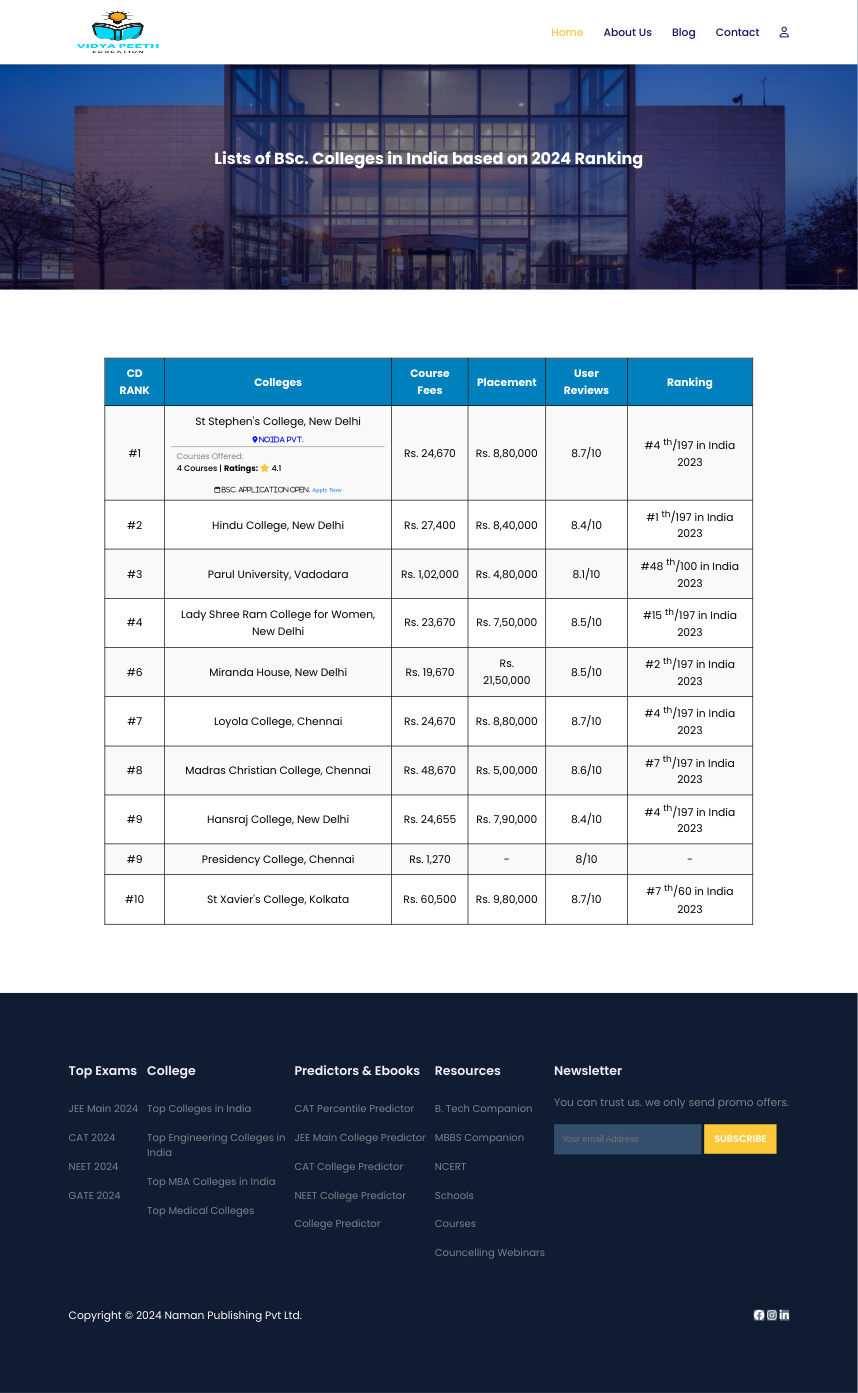
Repository: NamanSahu09/VidyaPreet-Ed-Tech-Website
Page: bsc.html
These files come from the project's save history. The page is drawn as it stood at one moment and after the next save; the edit follows.
The browser window is 1280 px wide. The pictures show the whole page, at 67% of full size.
Some web libraries are served in a nearby version.

Above is the page before, as saved 2024-04-12 13:02:06.

### bsc.html
<!DOCTYPE html>
<html lang="en">
<head>
	<meta charset="UTF-8">
	<meta name="viewport" content="width=device-width, initial-scale=1.0">
	<title>Top BSc Colleges in India</title>

	<!-- font Awesome CDN link -->
	<link rel="stylesheet" href="https://cdnjs.cloudflare.com/ajax/libs/font-awesome/6.1.1/css/all.min.css" />

	<!-- External CSS -->
	<!-- <link rel="stylesheet" href="style.css"> -->
	<!-- <link rel="stylesheet" href="about.css"> -->
	<link rel="stylesheet" href="bsc.css">



	<!-- JQuery CDN link -->
	<script src="https://code.jquery.com/jquery-3.6.0.min.js" integrity="sha256-/xUj+3OJU5yExlq6GSYGSHk7tPXikynS7ogEvDej/m4=" crossorigin="anonymous"></script>
</head>
<body>
	<!-- Navigation start -->
	<nav>
		<img src="img/Vidya peeth.png" class="logo" alt="" height="70px"  width="250px"/>

		<div class="navigation">
			<ul>
				<i id="menu-close" class="fas fa-times"></i>
				<li><a href="index.html" class="active">Home</a></li>
				<li><a href="about.html">About Us</a></li>
				<li><a href="blog.html">Blog</a></li>
				<!-- <li><a href="courses.html">Courses</a></li> -->
				<li><a href="contact.html">Contact</a></li>
				<li><a href="#">
					<i class="far fa-user"></i>
					</a>
				</li>


			</ul>

			<img src="img/menu.png" id="menu-btn" alt="">
		</div>
	</nav>
	<!-- Navigation ends -->



  <!-- login sign-up-form -->

  <div class="form">
    <!-- login -->
    <div class="login-form">

      <!-- cancel-btn -->

      <a href="#" class="form-cancel">
        <i class="fas fa-times"></i>
      </a>


      <strong>Log In</strong>
      <!-- inputs -->
      <form >
        <input type="email" placeholder="Example@gmail.com" name="email" required>
        <input type="password" placeholder="Password" name="password" required>
        <!-- submit-btn -->
        <input type="submit" value="Log In">
      </form>

      <!-- Forget-and-signup -->
      <div class="form-btns">
          <a href="#" class="forget">Forget Your Password?</a>
          <a href="#" class="sign-up-btn">Create Account</a>
    </div>

    </div>




     <!-- Sign Up -->
     <div class="sign-up-form">

      <!-- cancel-btn -->

      <a href="#" class="form-cancel">
        <i class="fas fa-times"></i>
      </a>


      <strong>Sign In</strong>
      <!-- inputs -->
      <form >
        <input type="text" placeholder="Full Name" name="fullname" required>
        <input type="email" placeholder="Example@gmail.com" name="email" required>
        <input type="password" placeholder="Password" name="password" required>
        <!-- submit-btn -->
        <input type="submit" value="Sign Up">
      </form>

      <!-- Forget-and-signup -->
      <div class="form-btns">
          <a href="#" class="already-acount">Already have Account?</a>
    </div>

    </div>

  </div>







	<!-- Hero section starts from here -->
	<section id="about-home">
		<h2>
			Lists of BSc. Colleges in India based on 2024 Ranking
		</h2>
	</section>
	<!-- Hero section ends from here -->


	<section id="contact">


		<table cellspacing="10px" cellpadding="10px" border="1" align="center"  class="custom-table">
			<tr align="center">
	<th>CD RANK</th>
	<th>Colleges</th>
	<th>Course Fees</th>
	<th>Placement</th>
	<th>User Reviews</th>
	<th>Ranking</th>
	</tr>

	<tr align="center">
	<td>#1</td>
	<td><a href="https://www.ststephens.edu/">St Stephen's College, New Delhi</a><br>
		<i class="fa-solid fa-location-dot " style="font-size: 10px; "> Noida Pvt.</i>
		<hr>

<div class="container">
	<p style="font-size: 12px; color: grey; margin-left: 0.5rem; margin-top: 4px;" align="left">Courses Offered:</p>
	<p align="left" style="margin-left: 0.5rem; font-size: 12px; font-weight: 500; ">4 Courses |
			<b>Ratings: </b><i align="left" class="fa-solid fa-star"></i> 4.1
	</p>
<br>
	<i class="fa-regular fa-calendar"> BSc. Application Open. <a href="">Apply Now</a> </i>

</div>






	</td>
	<td>Rs. 24,670</td>
	<td>Rs. 8,80,000</td>
	<td>8.7/10</td>
	<td>#4 <sup>th</sup>/197 in India 2023 </td>
	</tr>

	<tr align="center">
	<td>#2</td>
	<td><a href="https://hinducollege.ac.in/">Hindu College, New Delhi  </a></td>
	<td>Rs. 27,400</td>
	<td>Rs. 8,40,000</td>
	<td>8.4/10</td>
	<td>#1 <sup>th</sup>/197 in India 2023 </td>
	</tr>	<tr align="center">
	<td>#3</td>
	<td><a href="https://paruluniversity.ac.in/">Parul University, Vadodara</a></td>
	<td>Rs. 1,02,000</td>
	<td>Rs. 4,80,000</td>
	<td>8.1/10</td>
	<td>#48 <sup>th</sup>/100 in India 2023 </td>
	</tr>	<tr align="center">
	<td>#4</td>
	<td>Lady Shree Ram College for Women, New Delhi</td>
	<td>Rs. 23,670</td>
	<td>Rs. 7,50,000</td>
	<td>8.5/10</td>
	<td>#15 <sup>th</sup>/197 in India 2023 </td>
	</tr>	<tr align="center">
	<td>#6</td>
	<td>Miranda House, New Delhi</td>
	<td>Rs. 19,670</td>
	<td>Rs. 21,50,000</td>
	<td>8.5/10</td>
	<td>#2 <sup>th</sup>/197 in India 2023 </td>
	</tr>	<tr align="center">
	<td>#7</td>
	<td>Loyola College, Chennai</td>
	<td>Rs. 24,670</td>
	<td>Rs. 8,80,000</td>
	<td>8.7/10</td>
	<td>#4 <sup>th</sup>/197 in India 2023 </td>
	</tr>	<tr align="center">
	<td>#8</td>
	<td>Madras Christian College, Chennai</td>
	<td>Rs. 48,670</td>
	<td>Rs. 5,00,000</td>
	<td>8.6/10</td>
	<td>#7 <sup>th</sup>/197 in India 2023 </td>
	</tr>	<tr align="center">
	<td>#9</td>
	<td>Hansraj College, New Delhi</td>
	<td>Rs. 24,655</td>
	<td>Rs. 7,90,000</td>
	<td>8.4/10</td>
	<td>#4 <sup>th</sup>/197 in India 2023 </td>
	</tr>	<tr align="center">
	<td>#9</td>
	<td>Presidency College, Chennai</td>
	<td>Rs. 1,270</td>
	<td> - </td>
	<td>8/10</td>
	<td > - </td>
	</tr>	<tr align="center">
	<td>#10</td>
	<td>St Xavier's College, Kolkata</td>
	<td>Rs. 60,500</td>
	<td>Rs. 9,80,000</td>
	<td>8.7/10</td>
	<td>#7 <sup>th</sup>/60 in India 2023 </td>
	</tr>


	</table>












	</section>






<!--
	<section id="map">
		<iframe src="https://www.google.com/maps/embed?pb=!1m18!1m12!1m3!1d30711686.029386617!2d64.41853642919325!3d20.009139591170264!2m3!1f0!2f0!3f0!3m2!1i1024!2i768!4f13.1!3m3!1m2!1s0x30635ff06b92b791%3A0xd78c4fa1854213a6!2sIndia!5e0!3m2!1sen!2sin!4v1652012148253!5m2!1sen!2sin" style="border:0;" allowfullscreen="" loading="lazy" referrerpolicy="no-referrer-when-downgrade"></iframe>
	</section> -->


	<!-- Footer section starts from here -->
	<footer>
		<div class="footer-col">
			<h3>Top Exams</h3>
			<li>JEE Main 2024</li>
			<li>CAT 2024</li>
			<li>NEET 2024</li>
			<li>GATE 2024</li>

		</div>

		<div class="footer-col">
			<h3>College</h3>
			<li>Top Colleges in India</li>
			<li>Top Engineering Colleges in <br>India</li>
			<li>Top MBA Colleges in India</li>
			<li>Top Medical Colleges</li>
		</div>

		<div class="footer-col">
			<h3>Predictors & Ebooks</h3>
			<li>CAT Percentile Predictor</li>
			<li>JEE Main College Predictor</li>
			<li>CAT College Predictor</li>
			<li>NEET College Predictor</li>
			<li>College Predictor</li>
		</div>

		<div class="footer-col">
			<h3>Resources</h3>
			<li>B. Tech Companion</li>
			<li>MBBS Companion</li>
			<li>NCERT</li>
			<li>Schools</li>
			<li>Courses</li>
			<li>Councelling Webinars</li>
		</div>

		<div class="footer-col">
			<h3>Newsletter</h3>
			<p>You can trust us. we only send promo offers.</p>

			<div class="subscribe">
				<input type="email" placeholder="Your email Address">
				<a href="#" class="yellow">SUBSCRIBE</a>
			</div>
		</div>

		<div class="copyright">
			<p align="center">
				Copyright &copy; 2024 Naman Publishing Pvt Ltd.
			</p>
			<div class="pro-links">
				<i class="fab fa-facebook"></i>
				<i class="fab fa-instagram"></i>
				<i class="fab fa-linkedin-in"></i>
			</div>
		</div>
	</footer>
	<!-- Footer section ends from here -->

	<script>
		// Show menu links on burger click
		$('#menu-btn').click(function(){
			$('nav .navigation ul').addClass('active')
		});

		// Hide navbar on click function
		$('#menu-close').click(function(){
			$('nav .navigation ul').removeClass('active')
		});

 /*---For Login and Sign-up----------------------------*/

 $(document).on('click', '.far.fa-user', function(){
    $('.form').addClass('login-active').removeClass('sign-up-active');
});

$(document).on('click', '.sign-up-btn', function(){
    $('.form').removeClass('login-active').addClass('sign-up-active');
});

$(document).on('click', '.form-cancel', function(){
    $('.form').removeClass('login-active').removeClass('sign-up-active');
});

$(document).on('click', '.already-acount', function(){
    $('.form').addClass('login-active').removeClass('sign-up-active');
});


	</script>

</body>
</html>

### bsc.css
@import url('https://fonts.googleapis.com/css2?family=Inter:wght@100;200;300;400;500&family=Poppins:ital,wght@0,100;0,200;0,300;0,400;0,500;0,600;0,700;0,800;0,900;1,700;1,800;1,900&display=swap');
*
{
	margin: 0;
	padding: 0;
	box-sizing: border-box;
}
body
{
	font-family: 'Poppins', sans-serif;
}
h1
{
	font-size: 2.5rem;
	font-weight: 700;
	color: rgb(35, 35, 85);
}

span
{
	font-size: .9rem;
}

h6
{
	font-size: 1.1rem;
	color: rgb(24, 24, 49);
}


/*------------- Navigation style start ------------*/
nav
{
	position: fixed;
	width: 100%;
	background-color: #fff;
	display: flex;
	justify-content: space-between;
	align-items: center;
	padding: 1vw 8vw;
	box-shadow: 2px 2px 10px rgba(0, 0, 0, 0.15);
	z-index: 1;
}

nav .logo
{
	width: 150px;
	cursor: pointer;
}

nav .navigation
{
	display: flex;
}

#menu-btn
{
	width: 30px;
	height: 30px;
	display: none;
}

#menu-close
{
	display: none;
}

nav .navigation ul
{
	display: flex;
	justify-content: flex-end;
	align-items: center;
}

nav .navigation ul li
{
	list-style: none;
	margin-left: 30px;
}

nav .navigation ul li a
{
	text-decoration: none;
	color: rgb(21, 21, 100);
	font-size: 16px;
	font-weight: 500;
	transition: 0.3s ease;
}

nav .navigation ul li a.active,
nav .navigation ul li a:hover
{
	color: #FDC93B;

}
/*------------- Navigation style end ------------*/

/* Login Form and Sign In form */


.form{
  width:100%;
  height: 100%;
  position: fixed;
  /* top: 0px;
  left: 0px; */
  background-color: rgba(0,0,0,0.2);
  display: flex;
  justify-content: center;
  align-items: center;
  flex-direction: column;
  z-index: 102;
}


.login-form,
.sign-up-form{
  width:420px;
  padding: 20px 10px;
  background-color: #ffffff;
  box-shadow: 2px 2px 30px rgba(0,0,0,0.1);
  display: flex;
  justify-content: center;
  align-items: center;
  flex-direction: column;
  border-radius: 5px;
  position: relative;

}
.login-form form,
.sign-up-form form{
  display: flex;
  justify-content: center;
  align-items: center;
  flex-direction: column;
  width: 100%;
}
.login-form strong,
.sign-up-form strong{
  color: #272727;
  font-size: 2rem;
  margin: 2px 7px 7px 7px;
  text-transform: uppercase;
  letter-spacing: 0.5px;
  font-weight: 500;
}
.login-form input,
.sign-up-form input{
  width:90%;
  height: 45px;
  margin: 6px 0px;
  padding: 0px 10px;
  border: 1px solid rgba(0,0,0,0.1);
  outline: none;
  border-radius: 7px;
}
.login-form input::placeholder,
.sign-up-form input::placeholder{
  color: rgba(0,0,0,0.5);
}
.login-form input[type="submit"],
.sign-up-form input[type="submit"]{
  background-color: #0b9d8a;
  color: #ffffff;
  border: none;
  outline: none;
  text-transform: uppercase;
  margin-top: 10px;
  border-radius: 3px;
  box-shadow: 2px 2px 30px rgba(0,0,0,0.1);
}
.form-btns{
  width: 90%;
  display: flex;
  justify-content: space-between;
  align-items: center;
  margin-top: 10px;
}
.form-btns a{
  color: #4d4d4d;
  font-size: 0.9rem;
}
.sign-up-btn{
  border-bottom: 1px solid #868686;
  line-height: 16px;
}
.form-cancel{
  position: absolute;
  right: 20px;
  top: 10px;
  color: #868686;
}
.login-form,
.sign-up-form,
.form{
  display: none;
}
.login-active,
.login-active .login-form{
  display: flex;
  animation: fade 0.3s;
}

.sign-up-active,
.sign-up-active .sign-up-form{
  display: flex;
  animation: fade 0.3s;
}
@keyframes fade{
  0%{
      opacity: 0;
  }
  100%{
      opacity: 1;
  }
}

/* - - - - - - - - - - - - - - - - - - - --  - - - - - - -  */






#contact
{
	padding: 8vw;
	display: flex;
	justify-content: space-between;
	align-items: flex-start;
}



/* ----------------------------------------------------------------------------------------------------- */

/* Table  */


.custom-table {
  width: 90%;
  margin: 0 auto;
  border-collapse: collapse;
}

/* Apply styles to table header cells (th) */
.custom-table th {
  background-color: #0081bd;
	color:white;
  border: 1px solid black;
  padding: 10px;
  text-align: center;
}

/* Apply styles to table data cells (td) */
.custom-table td {
  border: 1px solid black;
  padding: 10px;
  text-align: center;
}

/* Apply alternate background color to even rows */
.custom-table tr:nth-child(even) {
  background-color: #f9f9f9;
}




/* -------------------------------------------------------- */




#about-home {
	background-image: linear-gradient(rgba(9, 5, 54, 0.3), rgba(5, 4, 46, 0.7)), url(img/back1.jpg);
	width: 100%;
	height: 60vh;
	background-size: cover;
	background-position: center center;
	display: flex;
	flex-direction: column;
	justify-content: center;
	align-items: center;
	text-align: center;
	padding-top: 40px;
}

h2 {
	display: block;
	font-size: 1.5em;
	margin-block-start: 0.83em;
	margin-block-end: 0.83em;
	margin-inline-start: 0px;
	margin-inline-end: 0px;
	font-weight: bold;
	unicode-bidi: isolate;
	color:white;
}




table td a
{
	color:black;
	text-decoration: none;
}

table td a:hover
{
	text-decoration: underline;
	color: blue;
}


.class
{

}


 .fa-star
{
	color: #fdc93b;
	font-size: .8rem;
}
.star
{
	font-size: 0.7rem;
	/* background-color: #98adb7; */
  /* color:white; */
  padding: 10px;
  text-align: left;
}

.fa-location-dot
{
	color: #0015ff;
	font-size:0.1rem;
	text-align:left;
}

.container
{
	display: flex;
	flex-direction:column;
	justify-content:center;
	height: 100%;
	font-size: 0.8rem;

}

.container .fa-calendar
{
	font-size: 0.6rem;
}

.container .fa-calendar a
{
	font-size: 0.6rem;
	color:rgb(0, 119, 255);
	font-family: 'Times New Roman', Times, serif;
}





























































/*------------- Footer section styling starts ------------*/
footer
{
	padding: 8vw;
	background-color: #101c32;
	display: flex;
	justify-content: space-between;
	align-items: flex-start;
	flex-wrap: wrap;
}

footer .footer-col
{
	padding-bottom: 40px;
}

footer h3
{
	color: rgb(241, 240, 245);
	font-weight: 600;
	padding-bottom: 20px;
}

footer li
{
	list-style: none;
	color: #7b838a;
	padding: 10px 0;
	font-size: 15px;
	cursor: pointer;
	transition: 0.3s ease;
}

footer li:hover
{
	color: rgb(241, 240, 245);
}

footer p
{
	color: #7b838a;
}

footer .subscribe
{
	margin-top: 20px;
}

footer input
{
	width: 220px;
	padding: 15px 12px;
	background: #334F6C;
	border: none;
	outline: none;
	color: #fff;
}

footer .subscribe a
{
	text-decoration: none;
	font-size: 0.9rem;
	padding: 12px 15px;
	background-color: #fff;
	font-weight: 600;
}

footer .subscribe a.yellow
{
	color: #fff;
	background: #fdc93b;
	transition: 0.3s ease;
}

footer .subscribe a.yellow:hover
{
	color: rgb(21, 21, 100);
	background: #fff;
}

footer .copyright
{
	margin-top: 20px;
	width: 100%;
	display: flex;
	justify-content: space-between;
	align-items: center;
	flex-wrap: wrap;
}

footer .copyright p, footer .copyright p > a
{
	color: #fff;
	text-decoration: none;
}

footer .copyright .pro-links
{
	margin-top: 0px;
}

footer .copyright .pro-links i
{
	background-color: #5f7185;
	color: #fff;
}

footer .copyright .pro-links i:hover
{
	background: #fdc93b;
	color: #2c2c2c;
}
/*------------- Footer section styling ends ------------*/



/*---------------------------------------------------------*/
/*-------------------- Ipad screen styling ----------------*/
/*---------------------------------------------------------*/
@media screen and (max-width: 789px)
{
	nav
	{
		padding: 15px 20px;
	}

	nav img
	{
		width: 130px;
	}

	#menu-btn
	{
		display: initial;
	}

	#menu-close
	{
		display: initial;
		font-size: 1.6rem;
		color: #fff;
		padding: 30px 0 20px 20px;
	}

	nav .navigation ul
	{
		position: absolute;
		top: 0;
		right: -220px;
		display: flex;
		flex-direction: column;
		justify-content: flex-start;
		align-items: flex-start;
		width: 220px;
		height: 100vh;
		background: rgba(17, 20, 104, 0.45);
		backdrop-filter: blur(4.5px);
		border: 1px solid rgba(255, 255, 255, 0.18);
		transition: 0.3s ease-in;
	}

	nav .navigation ul.active
	{
		right: 0;
	}

	nav .navigation ul li
	{
		padding: 20px 0 20px 40px;
		margin-left: 0;
	}

	nav .navigation ul li a
	{
		color: #fff;
	}

	#home
	{
		padding: 0px;
	}

	#home p
	{
		width: 90%;
	}

	#features
	{
		padding: 8vw 4vw 0 4vw;
	}

	#course
	{
		padding: 8vw 4vw 8vw 4vw;
	}


	#registration
	{
		padding: 6vw 4vw 6vw 4vw;
		gap: 2.2rem;
	}

	#registration .reminder .time
	{
		display: flex;
		justify-content: space-between;
		flex-wrap: wrap;
		margin-top: 40px;
	}

	#experts
	{
		padding: 8vw 4vw 6vw 4vw;
	}

	footer .copyright .pro-links
	{
		margin-top: 20px;
	}
}


@media screen and (max-width: 475px)
{
	#registration
	{
		flex-direction: column;
	}

	.reminder p, .reminder h1
	{
		text-align: center;
	}

	.reminder h1
	{
		font-size: 1.8rem;
	}

	#registration .reminder .time
	{
		justify-content: space-evenly;
		margin-top: 20px;
	}
}

After the next save:
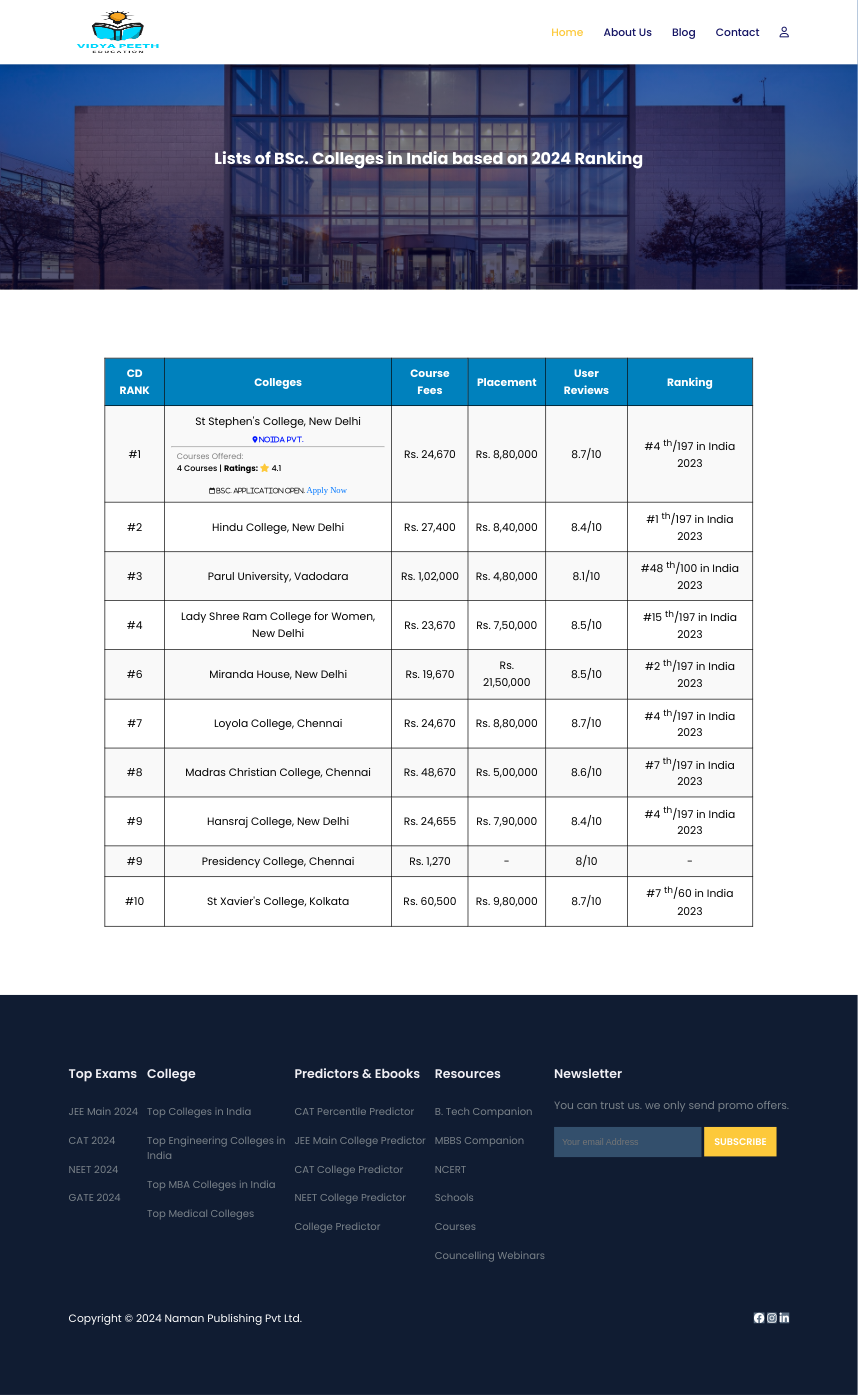
Saved 7 s later.
--- a/bsc.css
+++ b/bsc.css
@@ -358,7 +358,7 @@
 
 .container .fa-calendar a
 {
-	font-size: 0.6rem;
+	font-size: 0.8rem;
 	color:rgb(0, 119, 255);
 	font-family: 'Times New Roman', Times, serif;
 }
